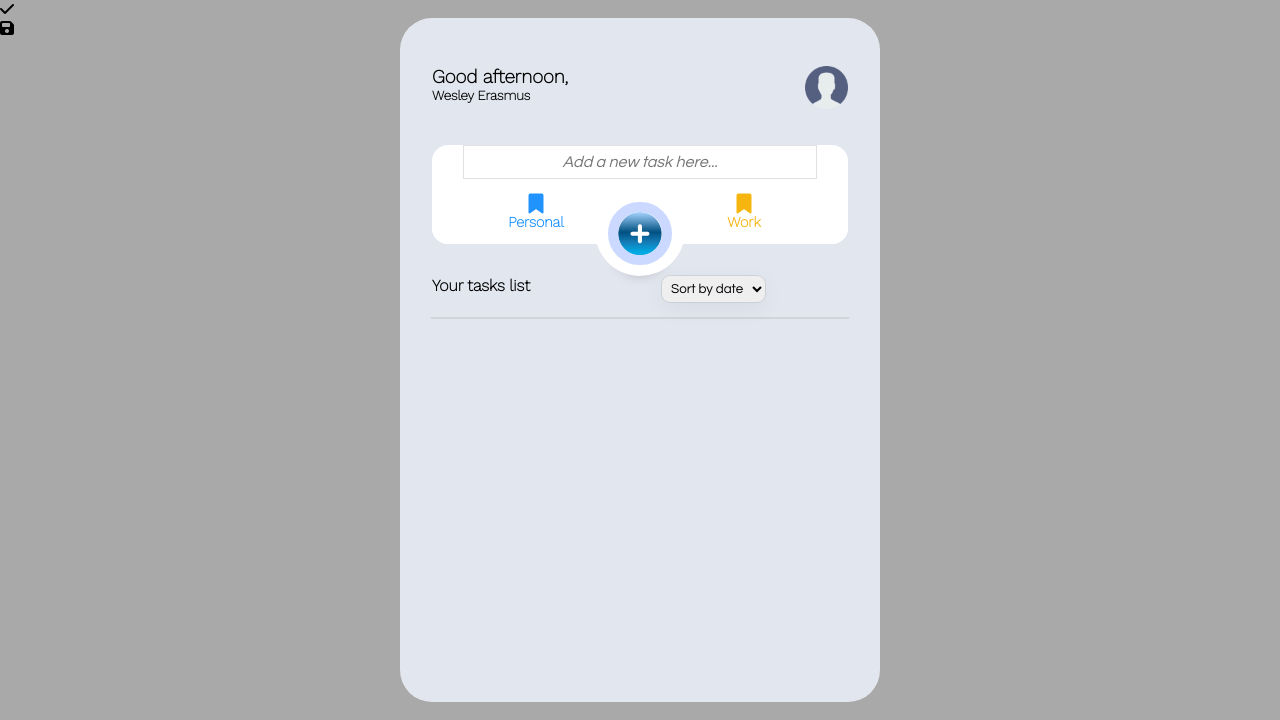
Repository: WesleyErasmus/Todo-App
Page: todoApp.html
An editor plug-in stored every save of this project. The page is shown before and after the next save, followed by the edit.
The browser window is 1280 px wide. The pictures show the whole page.
Some web libraries are served in a nearby version.

Above is the page before, as saved 2022-06-13 14:41:01.

After the next save:
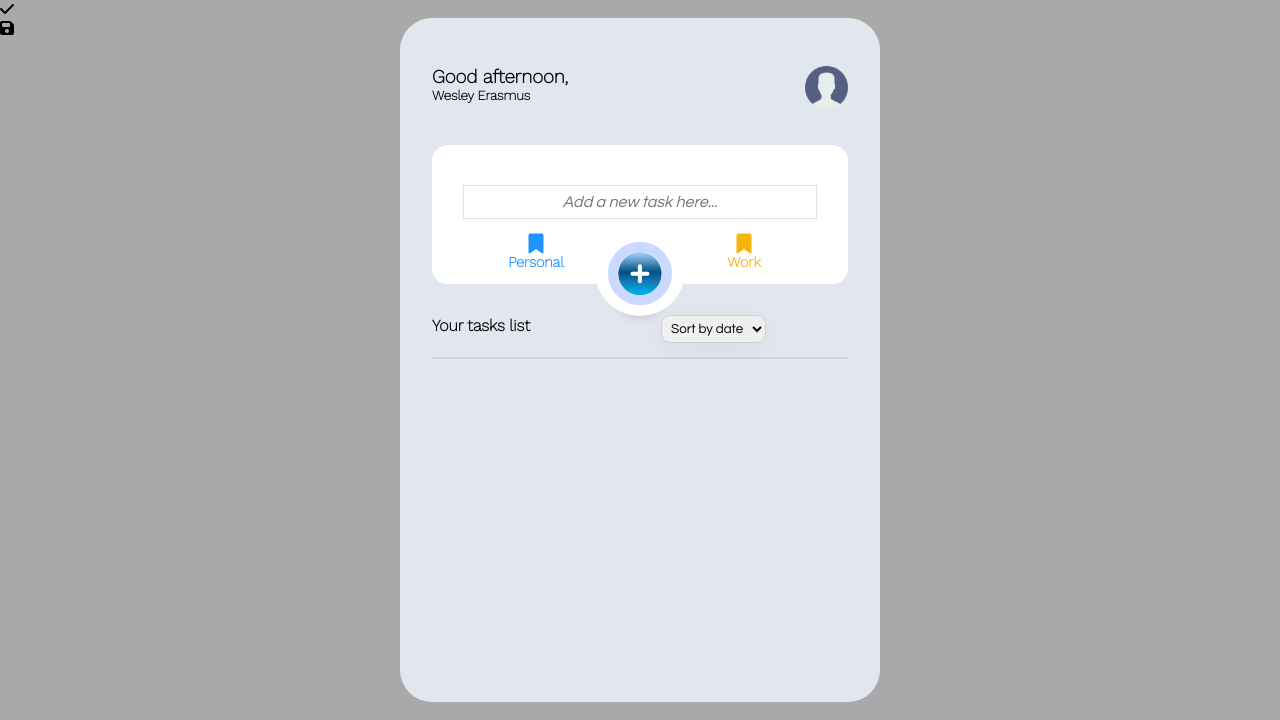
Saved 12 s later.
--- a/source/css/todoApp.css
+++ b/source/css/todoApp.css
@@ -119,7 +119,7 @@ header {
 #todo-list-form {
   background-color: var(--background-color);
   border-radius: 1rem;
-  padding: 0;
+  padding-top: 2rem;
   margin: 0;
 }
 
